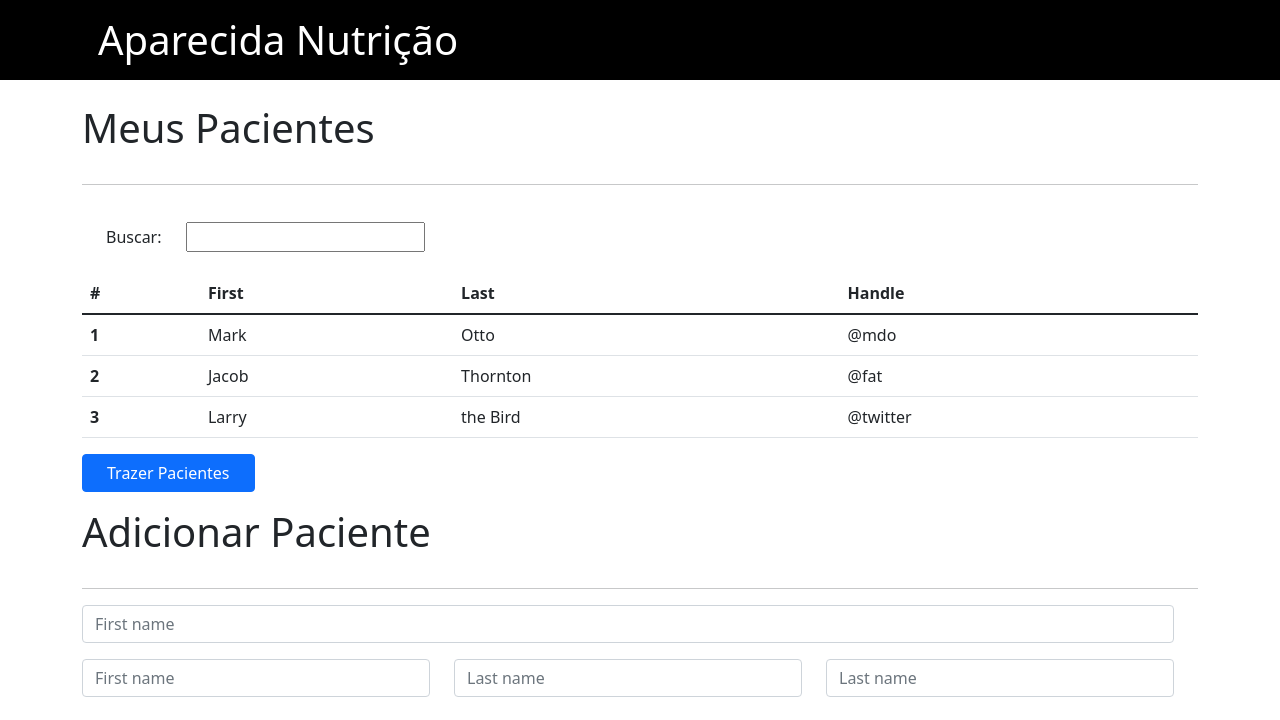
Repository: eversonps/app-paciente
Page: / (app in frontend/)
These files come from the project's save history. The page is drawn as it stood at one moment and after the next save; the edit follows.
The browser window is 1280 px wide. The pictures show the whole page.
The project was rebuilt for these pictures with package versions that can differ from the ones it lists, and the page was loaded fresh each time.

Above is the page before, as saved 2022-03-28 14:32:52.

After the next save:
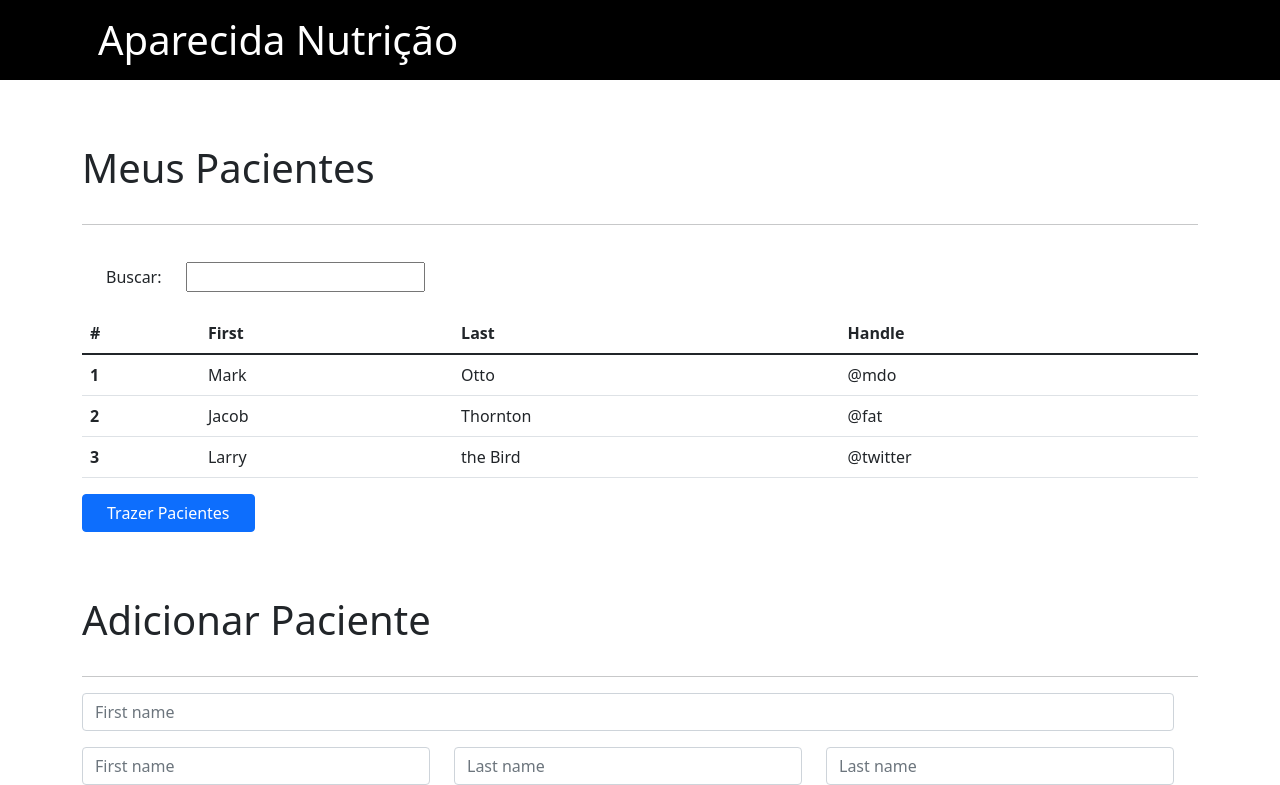
Saved 6 s later.
--- a/frontend/src/Templates/Title.jsx
+++ b/frontend/src/Templates/Title.jsx
@@ -1,7 +1,7 @@
 import React from "react";
 
 export default props => (
-    <div>
+    <div className="mt-5">
         <h1 className="pt-3 py-3">{props.name}</h1>
         <hr />
     </div>

After the 2 saves that followed:
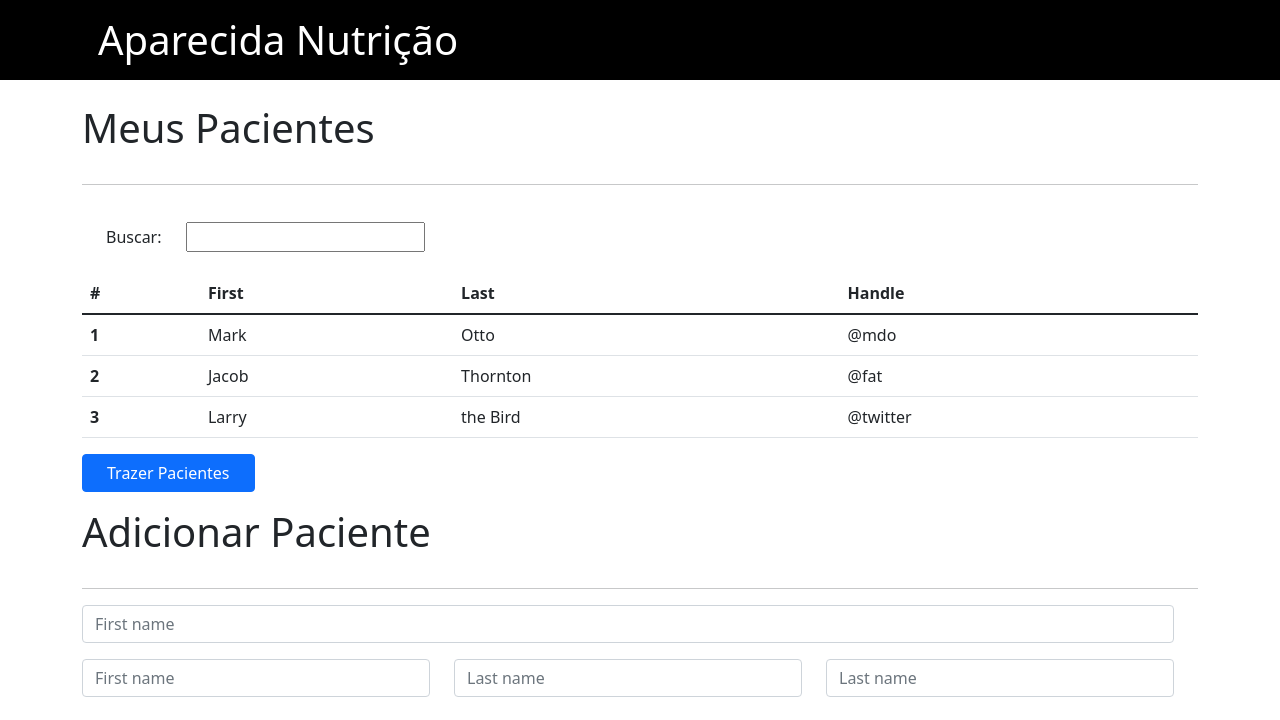
The 2 saves are shown as one change because they came seconds apart.
The last was saved 10 s later.
--- a/frontend/src/Templates/Title.jsx
+++ b/frontend/src/Templates/Title.jsx
@@ -1,7 +1,7 @@
 import React from "react";
 
 export default props => (
-    <div className="mt-5">
+    <div>
         <h1 className="pt-3 py-3">{props.name}</h1>
         <hr />
     </div>
